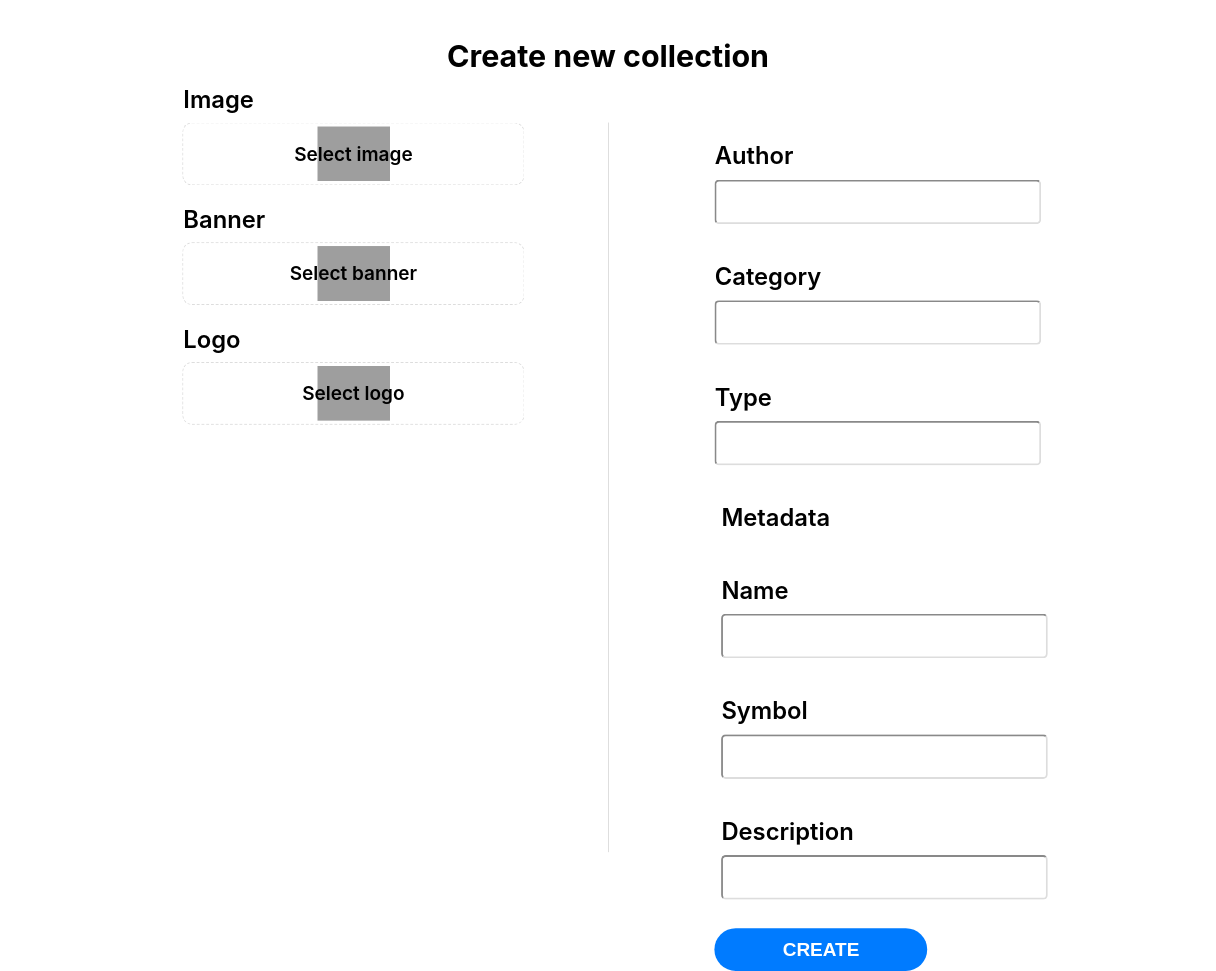
Repository: superHotBob/admin_nftillion
Page: /createcollection
The author's editor kept a copy of each file at every save. The page is drawn from the files as they stood at one save, then again after the next save.
The browser window is 1280 px wide. The pictures show the whole page, at 95% of full size.
Pictures or frames that could not be fetched are drawn as grey boxes. The project was rebuilt for these pictures with package versions that can differ from the ones it lists, and the page was loaded fresh each time. Also part of the build but not shown: src/components/Login/styles.scss, src/components/Login/index.js, src/components/NavPanel/styles.scss, src/components/NavPanel/index.js, src/components/Users/index.js, src/components/Collections/index.js, src/components/Preminted/styles.scss, src/components/Preminted/index.js.

Above is the page before, as saved 2022-04-27 08:08:59.

### src/index.js
import React from "react";
import ReactDOM from "react-dom/client";
import "./index.css";
import { BrowserRouter } from "react-router-dom";
import "./index.css";
import App from "./App";

import reportWebVitals from "./reportWebVitals";

const root = ReactDOM.createRoot(document.getElementById("root"));
root.render(
  <React.StrictMode>
    <BrowserRouter>
      <App />
    </BrowserRouter>
  </React.StrictMode>
);

// If you want to start measuring performance in your app, pass a function
// to log results (for example: reportWebVitals(console.log))
// or send to an analytics endpoint. Learn more: https://bit.ly/CRA-vitals
reportWebVitals();

### src/App.js
import * as React from "react";
import { Routes, Route } from "react-router-dom";
import { LogIn } from "./components/Login";
import { Users } from "./components/Users";
import './App.css';
import { Collections } from "./components/Collections";
import { Preminted } from "./components/Preminted";
import { Create } from "./components/CreateCollection";

function App() {
  return (
    <div className="App">
    <Routes>
        <Route path="/" element={<LogIn />} />
        <Route path="users" element={<Users />} />
        <Route path="collections" element={<Collections />} />
        <Route path="preminted" element={<Preminted />} />
        <Route path="createcollection" element={<Create />} />
      </Routes>
    </div>
  );
}

export default App;

### src/components/CreateCollection/index.js
import * as React from "react";
import axios from "axios";

import "./styles.scss";

export const Create = () => {
  const [author, setAuthor] = React.useState('');
  const [category, setCategory] = React.useState('');
  const [type, setType] = React.useState('');
  const [nameCollection, setNameCollection] = React.useState('');
  const [symbol, setSymbol] = React.useState('');
  const [description, setDescription] = React.useState('');

  const [imageCollection, selectImageCollection] = React.useState();
  const [bannerCollection, selectBannerCollection] = React.useState();
  const [logoCollection, selectLogoCollection] = React.useState();

  const viewImage = async (event) => {
    let file = event.target.files[0];
    console.log(file);
    const reader = new FileReader();
    reader.onloadend = function () {
      selectImageCollection(reader.result);
    };
    reader.readAsDataURL(file);
  };
  const viewBanner = async (event) => {
    let file = event.target.files[0];
    console.log(file);
    const reader = new FileReader();
    reader.onloadend = function () {
      selectBannerCollection(reader.result);
    };
    reader.readAsDataURL(file);
  };
  const viewLogo = async (event) => {
    let file = event.target.files[0];
    console.log(file);
    const reader = new FileReader();
    reader.onloadend = function () {
      selectLogoCollection(reader.result);
    };
    reader.readAsDataURL(file);
  };
  function CreateCollection() {
    axios
    .post(
      "https://app.nftillion.io/admin/collection/create",
      {
        image: imageCollection,
        logo: logoCollection,
        banner: bannerCollection,
        author: author,
        category: category,
        type: type,
        metadata: {
            name: nameCollection,
            symbol: symbol,
            description: description
        }

      },
      {
        headers: {
          Authorization: `Bearer ${localStorage.getItem("accessToken")}`,
        },
      }
    )
    .then((res) => {
      console.log(res.data);
    });
  }
  return (
    <>
      <h1 className="header">Create new collection</h1>
      <div className="main_block_create">
        <div className="image_block">
          <form>
            <div
              className="image"
              style={{height: imageCollection ? '300px' : 'auto',
                background: `url(${imageCollection}) center / auto 90% no-repeat`,
              }}
            >
              {imageCollection && <img
                src="/icon_close.png"
                alt="close"
                height={25}
                width={25}
                style={{ float: "right", margin: 10, cursor: 'pointer' }}
                onClick={()=>selectImageCollection()}
              />}
              {!imageCollection && (
                <label>
                  Select image
                  <input
                    type="file"
                    style={{ display: "none" }}
                    id="file"
                    name="file"
                    accept="image/png, image/gif, image/webp, image/jpeg, video/mp4,audio/mp3"
                    onChange={(e) => viewImage(e)}
                  />
                </label>
              )}
            </div>
            <div
              className="banner"
              style={{ height: bannerCollection ? '300px' : 'auto',
                background: `url(${bannerCollection}) center / auto 90% no-repeat`,
              }}
            > {bannerCollection && <img
                src="/icon_close.png"
                alt="close"
                height={25}
                width={25}
                style={{ float: "right", margin: 10, cursor: 'pointer' }}
                onClick={()=>selectBannerCollection()}
              />}
              {!bannerCollection && (
                <label>
                  Select banner
                  <input
                    type="file"
                    style={{ display: "none" }}
                    id="file"
                    name="file"
                    accept="image/png, image/gif, image/webp, image/jpeg, video/mp4,audio/mp3"
                    onChange={(e) => viewBanner(e)}
                  />
                </label>
              )}
            </div>
            <div
              className="logo"
              style={{height: logoCollection ? '50px' : 'auto',
                background: `url(${logoCollection}) center / auto 90% no-repeat`,
              }}
            > {logoCollection && <img
                src="/icon_close.png"
                alt="close"
                height={25}
                width={25}
                style={{ float: "right", margin: 10, cursor: 'pointer' }}
                onClick={()=>selectLogoCollection()}
              />}
              {!logoCollection && (
                <label>
                  Select logo
                  <input
                    type="file"
                    style={{ display: "none" }}
                    id="file"
                    name="file"
                    accept="image/png, image/gif, image/webp, image/jpeg, video/mp4,audio/mp3"
                    onChange={(e) => viewLogo(e)}
                  />
                </label>
              )}
            </div>
          </form>
        </div>
        <div className="data_block">
          <label>
            <span>Author</span>
            <input type="text" value={author} onChange={e=>setAuthor(e.target.value)}/>
          </label>
          <label>
            Category
            <input type="text" value={category} onChange={e=>setCategory(e.target.value)}/>
          </label>
          <label>
            Type
            <input type="text"value={type} onChange={e=>setType(e.target.value)}/>
          </label>
          <fieldset>
            <legend>Metadata</legend>
            <label>
              Name
              <input type="text" value={nameCollection} onChange={e=>setNameCollection(e.target.value)}/>
            </label>
            <label>
              Symbol
              <input type="text" value={symbol} onChange={e=>setSymbol(e.target.value)}/>
            </label>
            <label>
              Description
              <input type="text" value={description} onChange={e=>setDescription(e.target.value)}/>
            </label>
          </fieldset>

          <button onClick={CreateCollection}>CREATE</button>
        </div>
      </div>
    </>
  );
};

### src/components/Users/styles.scss
.header {
  color: #000;
  padding: 20px 50px;
  margin: 0;
  border-bottom: 1px solid black;
  text-align: center;
  b {
    float: right;
    font-size: 16px;
    margin-top: 15px;
  }
}
header,
.data {
  display: flex;
  justify-content: space-around;
  font-size: 20px;
  span,
  label {
    width: 15%;
    display: inline-block;
  }
}
header {
  border-bottom: 1px solid black;
  font-size: 25px;
  font-weight: 600;
  padding: 20px 0;
}
.block_view {
  position: fixed;
  top: 20vh;
  padding: 20px;
  right: 40vw;
  width: 20vw;
  height: auto;
  transition: all 0.5s;
  background-color: #fff;
  box-shadow: 0 0px 8px 0px rgba(34, 60, 80, 0.2);
}
.block_hide {
  position: fixed;
  top: 20vh;
  transition: all 0.5s;
  right: 40vw;
  opacity: 0;
  overflow: hidden;
  width: 20vw;
  height: auto;
  background-color: #fff;
  box-shadow: 0 0px 8px 0px rgba(34, 60, 80, 0.2);
}
button {
  height: 45px;
  width: 65%;
  font-size: 20px;
  border-radius: 30px;
  cursor: pointer;
  font-weight: 600;
  color: #fff;
  border: none;
  outline: none;
}
button:first-of-type {
  background-color: red;
  width: 30%;
}
button:last-of-type {
  background-color: #007bff;
}
button:hover {
  opacity: 0.7;
  border-color: rgba(200, 255, 255, 1);
}
.block_button {
  display: flex;
  margin-top: 30px;
  justify-content: space-around;
}
.data_edit {
  span {
    display: block;
    font-size: 20px;
    margin: 20px;
  }
}
.header_edit {
  padding-bottom: 30px;
  font-size: 25px;
  border-bottom: 1px solid #000;
}

input[type="checkbox"] {
  width: 25px;
  height: 25px;
  margin: 0 20px;
}
textarea {
  width: 90%;
  padding: 10px 20px;
  outline: none;
  font-size: 20px;
  display: block;
}

b {
  font-size: 30px;
  margin: 0 10px 30px;
  display: block;
}

### src/components/Collections/styles.scss
.data {
    padding: 20px 0;
    margin: 0;
}
.data:hover {
    background-color: #c9c9c9;
    cursor: pointer;
}
.right_block_view {
    position: fixed;
    top: 0;
    padding: 20px;
    right: 0;
    width: 400px;
    height: 100vw;
    transition: all 0.5s;
    background-color: #fff;
    box-shadow: -7px 0px 8px 0px rgba(34, 60, 80, 0.2);
}
.right_block_hide {
    position: fixed;
    top: 0;
    transition: all 0.5s;
    right: -401px;
    width: 400px;
    height: 100vw;
    background-color: #fff;
    box-shadow: -7px 0px 8px 0px rgba(34, 60, 80, 0.2);
}
button {
    height: 45px;
    width: 65%;
    font-size: 20px;
    border-radius: 30px;
    cursor: pointer;
    font-weight: 600;
    color: #fff;
    border: none;
    outline: none;

}
button:first-of-type {
    background-color: red;
    width: 30%;
}
button:last-of-type {
    background-color: #007bff;
}
button:hover {
    opacity: 0.7;
    border-color: #f9f9ff;

}
.block_button {
    display: flex;
    margin-top: 30px;
    justify-content: space-around;
}
.data_edit {
    span {
        display: block;
        font-size: 18px;
        margin: 20px 0;
    }
}
.header_edit {
    padding-bottom:  30px;
    font-size: 25px;
    border-bottom: 1px solid #000;
}

input[type='checkbox'] {
    width: 25px;
    height: 25px;
    margin: 0 20px;
}

### src/components/CreateCollection/styles.scss
.main_block_create {
    display: flex;
    justify-content: space-between;
    width: 70vw;
    margin: 0 auto;

    .image_block {
        width: 50%;
        height: 60vh;
        .image {
            width: 80%;
            height: auto;
            border-radius: 10px;
            margin-bottom: 60px;
            border: 1px dashed #ddd;
            position: relative;
        }
        .image::before {
            content: 'Image';
            position: absolute;
            top: -40px;
            left: 0;
            font-size: 25px;
            font-weight: 600;

        }
        .logo {
            width: 80%;
            border-radius: 10px;
            margin-bottom: 60px;
            border: 1px dashed #ddd;
            position: relative;
        }
        .logo::before {
            content: 'Logo';
            position: absolute;
            top: -40px;
            left: 0;
            font-size: 25px;
            font-weight: 600;

        }
        .banner {
            width: 80%;
            height: 50vh;
            margin-bottom: 60px;
            border: 1px dashed #ddd;
            position: relative;
            border-radius: 10px;
        }
        .banner::before {
            content: 'Banner';
            position: absolute;
            top: -40px;
            left: 0;
            font-size: 25px;
            font-weight: 600;

        }
        label {
            font-size: 20px;
            font-weight: 600;
            margin: 20px auto;
            width: 40%;
            display: block;
           cursor: pointer;
        }
    }
    .data_block {
        width: 50%;
        height: 60vw;
        border-left: 1px solid #ddd;
        label, legend {
            display: block;
            font-size: 25px;
            margin: 0 auto;
            padding: 20px;
            width: 50%;
            text-align: left;
            font-weight: 600;
            input {
                display: block;
                border-radius: 5px;
                padding: 10px 20px;
                border-color: #ddd;
                width: 300px;
                font-size: 20px;
                margin: 10px 0 0;
                outline: none;
            }
        }
        button {
            width: 50%;
        }
        fieldset {
            border: none;
        }
    }
}
.header {
    margin: 20px 0 30px;
    border: none;
}

Loaded but not shown: public/index.html (common file); src/index.css (common file); src/reportWebVitals.js (common file); src/App.css (common file)

After the next save:
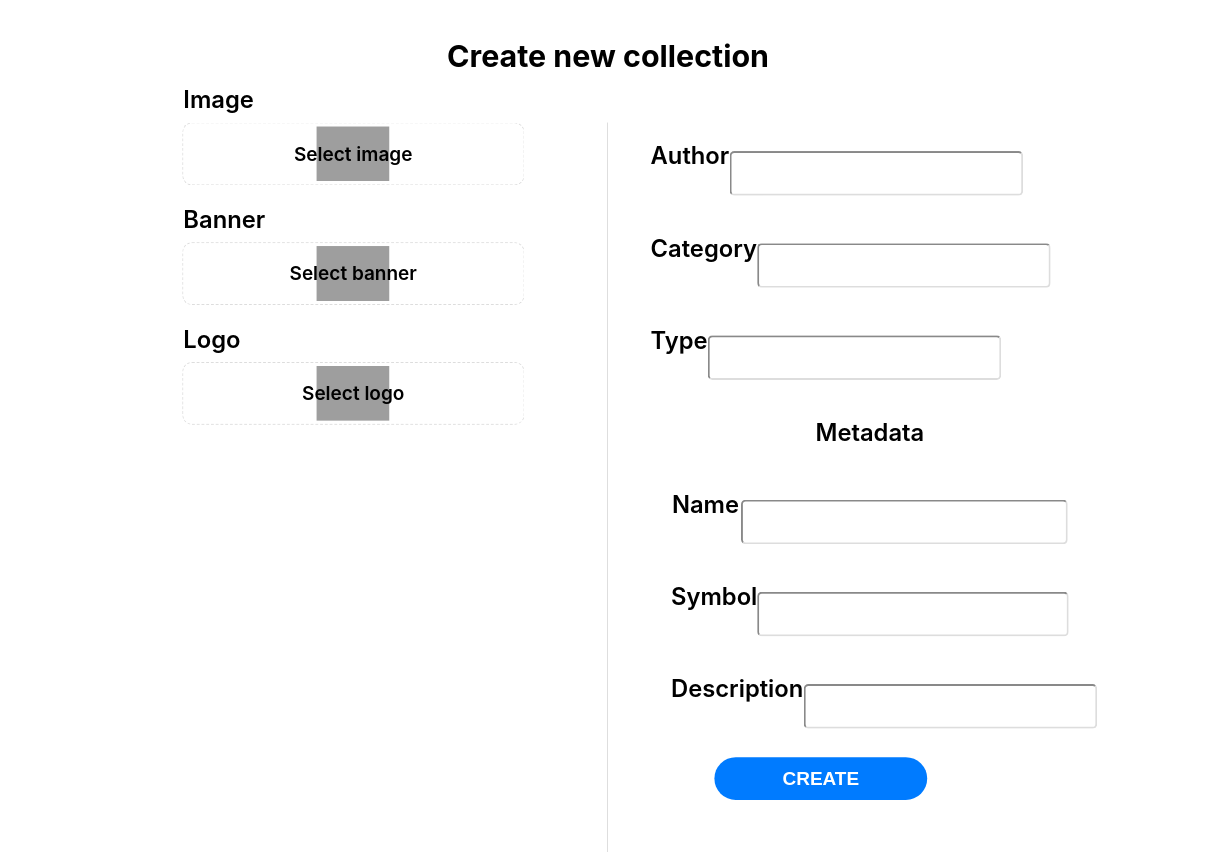
Saved 108 s later.
--- a/src/components/CreateCollection/styles.scss
+++ b/src/components/CreateCollection/styles.scss
@@ -71,11 +71,12 @@
         height: 60vw;
         border-left: 1px solid #ddd;
         label, legend {
-            display: block;
+            display: flex;
+            justify-content: space-around;
             font-size: 25px;
             margin: 0 auto;
             padding: 20px;
-            width: 50%;
+            width: 80%;
             text-align: left;
             font-weight: 600;
             input {
